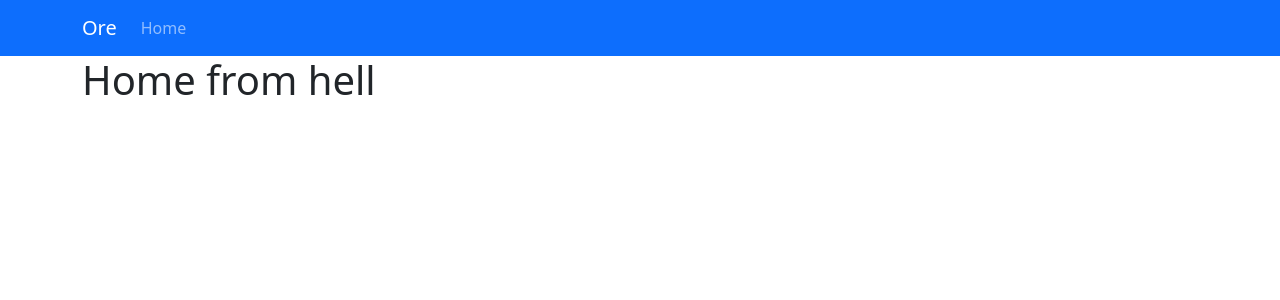
Repository: thf4/React-Front
Page: /
These files come from the project's save history. The page is drawn as it stood at one moment and after the next save; the edit follows.
The browser window is 1280 px wide. The pictures show the whole page.
The project was rebuilt for these pictures with package versions that can differ from the ones it lists, and the page was loaded fresh each time. Also part of the build but not shown: src/pages/Vizualizar/index.js, src/pages/Cadastrar/index.js, src/pages/Editar/index.js.

Above is the page before, as saved 2021-05-07 09:10:10.

### src/App.js
import React from "react";
import { BrowserRouter as Router, Switch, Route } from "react-router-dom";
import { Home } from "./pages/Home/";
import { View } from "./pages/Vizualizar/";
import { Cadastrar } from "./pages/Cadastrar/";
import { Editar } from "./pages/Editar/";
import { Menu } from "./components/Menu";
import 'bootstrap/dist/css/bootstrap.min.css';
function App() {
  return (
    <div>
      <Menu />
      <Router>
        <Switch>
          <Route exact path="/" component={Home} />
          <Route path="/view" component={View} />
          <Route path="/cadastrar" component={Cadastrar} />
          <Route path="/editar" component={Editar} />
        </Switch>
      </Router>
    </div>
  );
}

export default App;

### src/pages/Home/index.js
import React from "react"
import { Container } from "reactstrap"
export const Home = () =>{
  return  (
    <div>
      <Container>
      <h1> Home from hell </h1>
      </Container>
    </div>
  )
}

### src/components/Menu.js
import React, { useState } from "react";
import {
  Collapse,
  Navbar,
  NavbarToggler,
  NavbarBrand,
  Nav,
  NavItem,
  NavLink,
  Container,
} from "reactstrap";
export const Menu = (props) => {
  const [isOpen, setIsOpen] = useState(false);
  const toggle = () => setIsOpen(!isOpen);

  return (
    <div>
      <Navbar color="primary" dark expand="md">
        <Container>
        <NavbarBrand href="/">Ore</NavbarBrand>
        <NavbarToggler onClick={toggle} />
        <Collapse isOpen={isOpen} navbar>
          <Nav className="mr-auto" navbar>
            <NavItem>
              <NavLink href="/">Home</NavLink>
            </NavItem>
          </Nav>
        </Collapse>
        </Container>
      </Navbar>
    </div>
  );
};

Loaded but not shown: public/index.html (common file); src/index.js (common file); src/index.css (common file); src/reportWebVitals.js (common file)

After the next save:
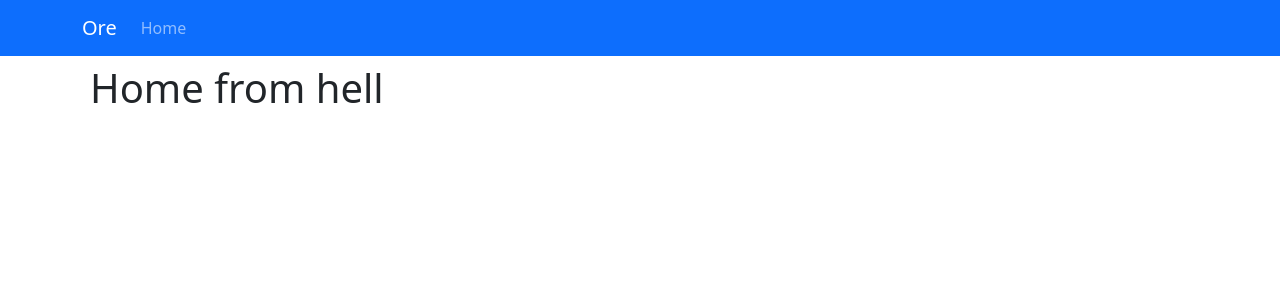
Saved 98 s later.
--- a/src/pages/Home/index.js
+++ b/src/pages/Home/index.js
@@ -1,11 +1,15 @@
-import React from "react"
-import { Container } from "reactstrap"
-export const Home = () =>{
-  return  (
+import React from "react";
+import { Container } from "reactstrap";
+export const Home = () => {
+  return (
     <div>
       <Container>
-      <h1> Home from hell </h1>
+        <div className="d-flex">
+          <div className="mr-auto p-2">
+            <h1> Home from hell </h1>
+          </div>
+        </div>
       </Container>
     </div>
-  )
-}
+  );
+};
